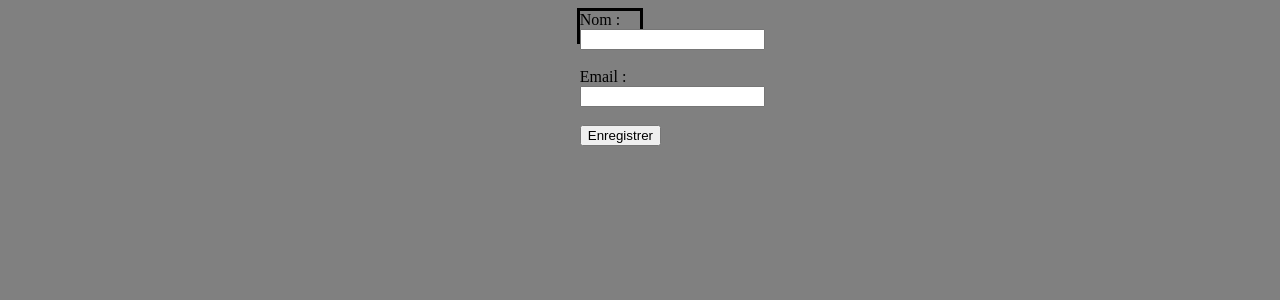
Repository: Haidara-97/TPJEE
Page: http://localhost/AppTest/
These files come from the project's save history. The page is drawn as it stood at one moment and after the next save; the edit follows.
The browser window is 1280 px wide. The pictures show the whole page.
The page is served by Tomcat 9. Other server files are loaded and not shown.

Above is the page before, as saved 2025-06-18 13:51:22.

### AppTest/src/main/webapp/index.jsp
<%@ page language="java" contentType="text/html; charset=UTF-8"
    pageEncoding="UTF-8"%>
<!DOCTYPE html>
<html>
<head>
<meta charset="UTF-8">
<title>Insert title here</title>
<style>
body{
display: flex;
background-color: gray;
align-items: center;
}
.forme{
width: 60px;
height: 30px;
margin-left:45%;
border:solid;
}

</style>
</head>
<body >
<div class="forme" >
<form action="UserServlet" method="POST">
<label for=nom > Nom :</label><br>
        <input type="text" id="nom" name="nom"><br><br>
<label for=email> Email :</label> <br>
        <input type="text" id= "email" name="email"><br><br>
        <input type = "submit" id="button" value= Enregistrer>
</form>
</div>
</body>
</html>

After the next save:
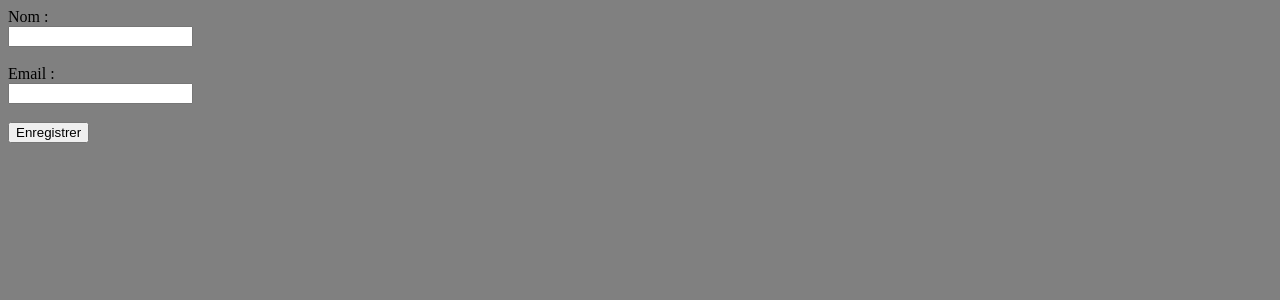
Saved 100 s later.
--- a/AppTest/src/main/webapp/index.jsp
+++ b/AppTest/src/main/webapp/index.jsp
@@ -11,13 +11,6 @@ display: flex;
 background-color: gray;
 align-items: center;
 }
-.forme{
-width: 60px;
-height: 30px;
-margin-left:45%;
-border:solid;
-}
-
 </style>
 </head>
 <body >
